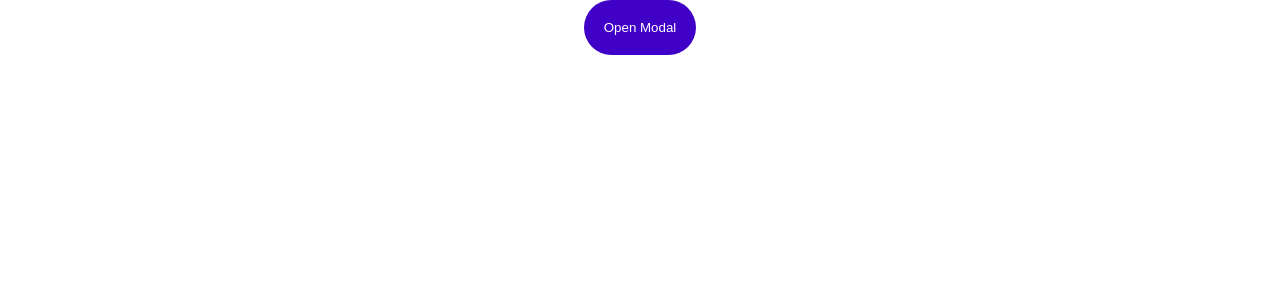
Repository: janghwahyun/wanted_pre_onboarding
Page: /Modal
The author's editor kept a copy of each file at every save. The page is drawn from the files as they stood at one save, then again after the next save.
The browser window is 1280 px wide. The pictures show the whole page.
The project was rebuilt for these pictures with package versions that can differ from the ones it lists, and the page was loaded fresh each time. Also part of the build but not shown: src/component/ClickToEdit.js, src/component/AutoComplete.js, src/component/Tab.js, src/component/Tag.js, src/component/Toggle.js.

Above is the page before, as saved 2022-02-11 13:41:35.

### src/App.js
import ClickToEdit from './component/ClickToEdit';
import AutoComplete from './component/AutoComplete';
import Modal from './component/Modal';
import Tab from './component/Tab';
import Tag from './component/Tag';
import Toggle from './component/Toggle';

import './App.css';
import { BrowserRouter, Routes, Route } from 'react-router-dom';

function App() {
  return (
    <BrowserRouter>
      <Routes>
        <Route path="/" element={<App />} />
        <Route path="/ClickToEdit" element={<ClickToEdit />} />
        <Route path="/AutoComplete" element={<AutoComplete />} />
        <Route path="/Modal" element={<Modal />} />
        <Route path="/Tab" element={<Tab />} />
        <Route path="/Tag" element={<Tag />} />
        <Route path="/Toggle" element={<Toggle />} />
      </Routes>
    </BrowserRouter>
  );
}

export default App;

### src/component/Modal.js
import { useState } from 'react';
import styled from 'styled-components';

const Modal = () => {
  const [isOn, setIsOn] = useState(false);
  const openModalHandler = event => {
    setIsOn(!isOn);
  };

  return (
    <>
      <ModalContainer>
        <ModalBtn onClick={openModalHandler}>{isOn ? 'Opened!' : 'Open Modal'}</ModalBtn>

        {isOn ? (
          <ModalBackdrop onClick={openModalHandler}>
            <ModalView
              onClick={event => {
                event.stopPropagation();
              }}
            >
              <div className="close-btn" onClick={openModalHandler}>
                &times;
              </div>
              <div>HELLO CODESTATES!</div>
            </ModalView>
          </ModalBackdrop>
        ) : null}
      </ModalContainer>
    </>
  );
};
const ModalContainer = styled.div`
  display: flex;
  justify-content: center;
  align-items: center;
  height: 100%;
  position: relative;
`;

const ModalBackdrop = styled.div`
  position: fixed;
  display: flex;
  justify-content: center;
  align-items: center;
  width: 100%;
  height: 100%;
  top: 0;
  left: 0;
  right: 0;
  bottom: 0;
  margin: auto;
  background-color: rgba(0, 0, 0, 0.5);
  z-index: 1;
`;

const ModalBtn = styled.button`
  background-color: #4000c7;
  text-decoration: none;
  border: none;
  padding: 20px;
  color: white;
  border-radius: 30px;
  cursor: grab;
`;

export const ModalView = styled.div.attrs(props => ({
  role: 'dialog',
}))`
  display: flex;
  flex-direction: column;
  justify-content: center;
  align-items: center;
  background-color: white;
  width: 200px;
  height: 100px;
  border-radius: 1rem;
  position: relative;
  > .close-btn {
    position: absolute;
    top: 2px;
    right: 7px;
    cursor: pointer;
  }
`;

export default Modal;

### src/App.css
* {
  box-sizing: border-box;
}

.App {
  width: 100%;
  height: 100vh;
  display: flex;
  justify-content: center;
  align-items: center;
}

Loaded but not shown: public/index.html (common file); src/index.js (common file); src/index.css (common file); src/reportWebVitals.js (common file)

After the next save:
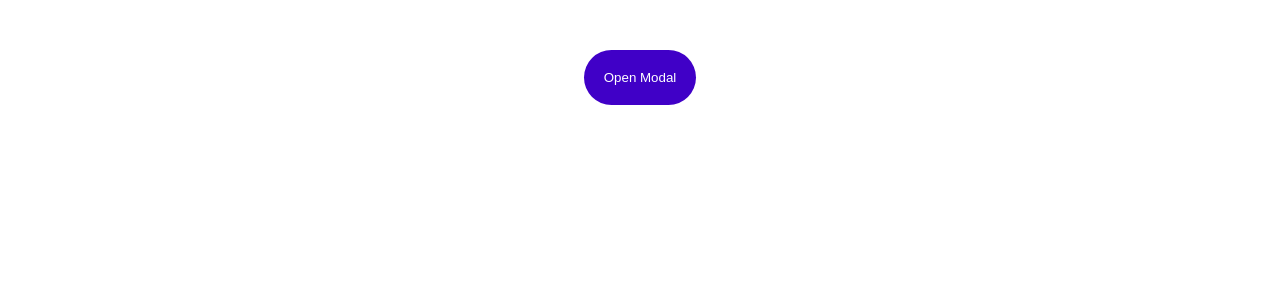
Saved 31 s later.
--- a/src/component/Modal.js
+++ b/src/component/Modal.js
@@ -31,10 +31,11 @@ const Modal = () => {
   );
 };
 const ModalContainer = styled.div`
+  margin: 50px;
+  height: 100%;
   display: flex;
   justify-content: center;
   align-items: center;
-  height: 100%;
   position: relative;
 `;
 
